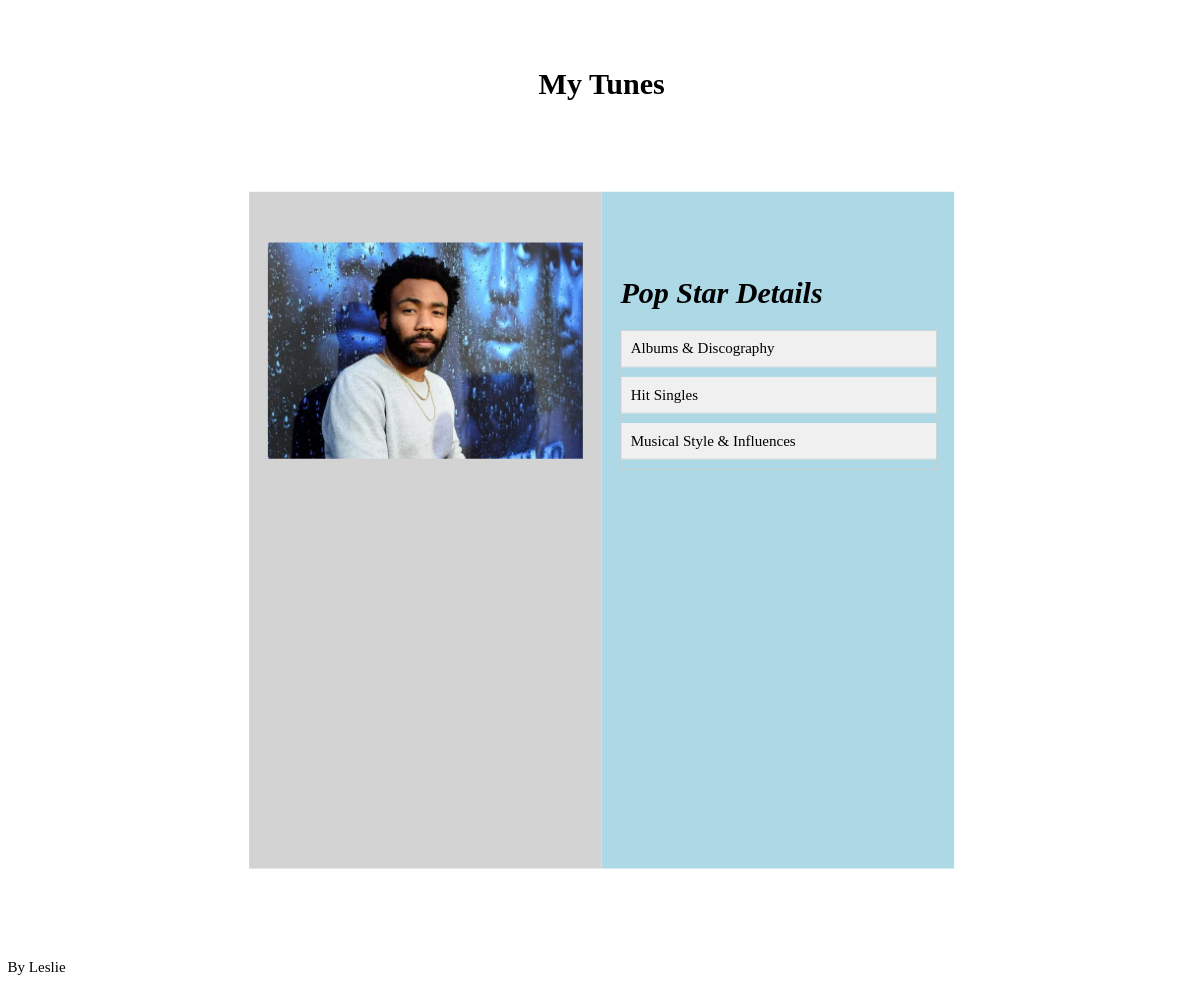
Repository: leslie179/labOne
Page: /
An editor plug-in stored every save of this project. The page is shown before and after a run of saves, followed by the edit.
The browser window is 1280 px wide. The pictures show the whole page, at 94% of full size.
The project was rebuilt for these pictures with package versions that can differ from the ones it lists, and the page was loaded fresh each time. The framework's server and built-in components were replaced by stand-ins that run in the browser. Also part of the build but not shown: next.config.js, components/Footer/Footer.module.css.

Above is the page before, as saved 2024-09-15 22:38:10.

After the next 2 saves:
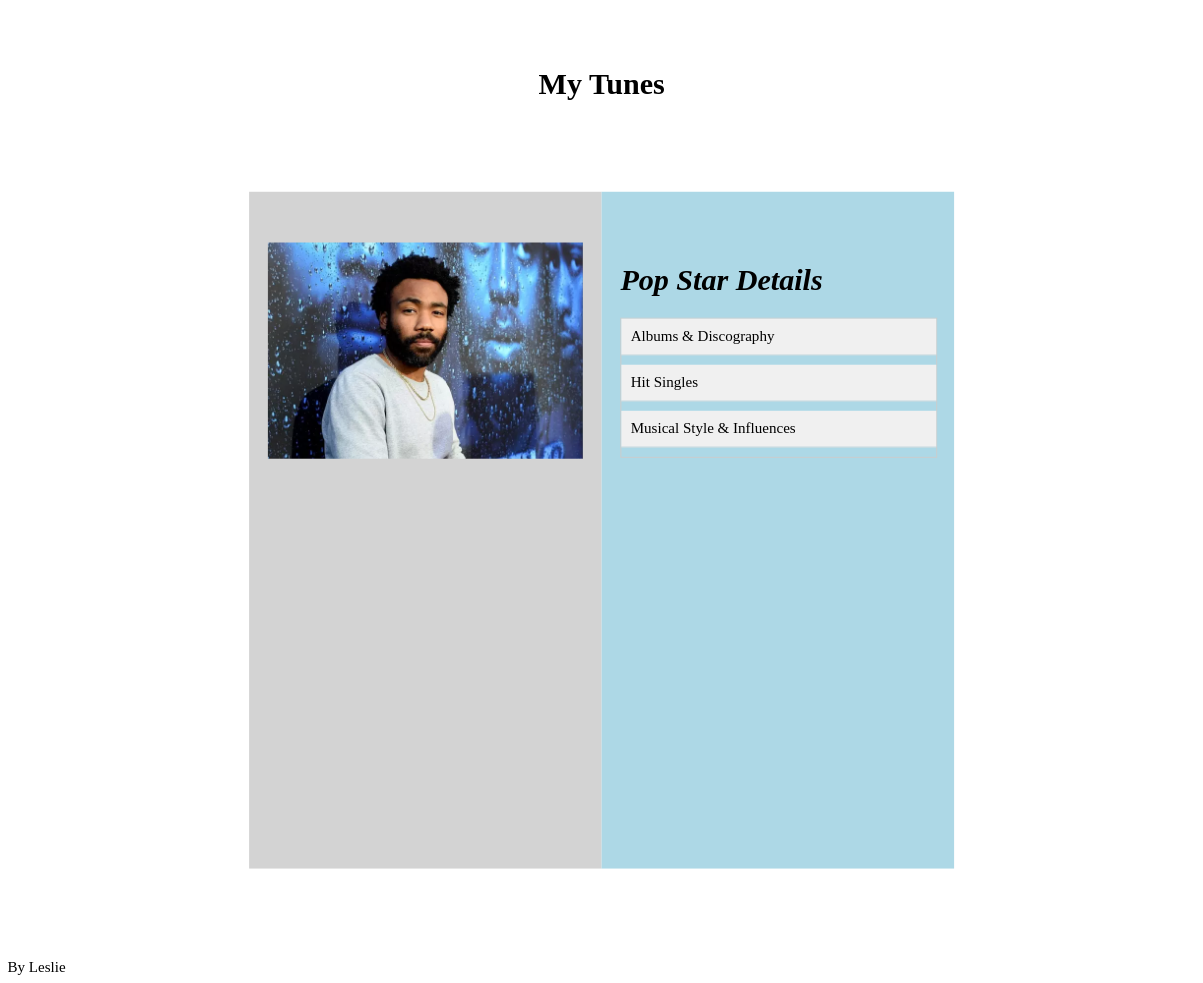
The 2 saves are shown as one change because they came seconds apart.
The last was saved 12 s later.
--- a/styles/Home.module.css
+++ b/styles/Home.module.css
@@ -29,6 +29,6 @@
 }
 
 .h1{
-  padding-top: 14%;
+  padding-top: 10%;
   font-style: italic;
 }
